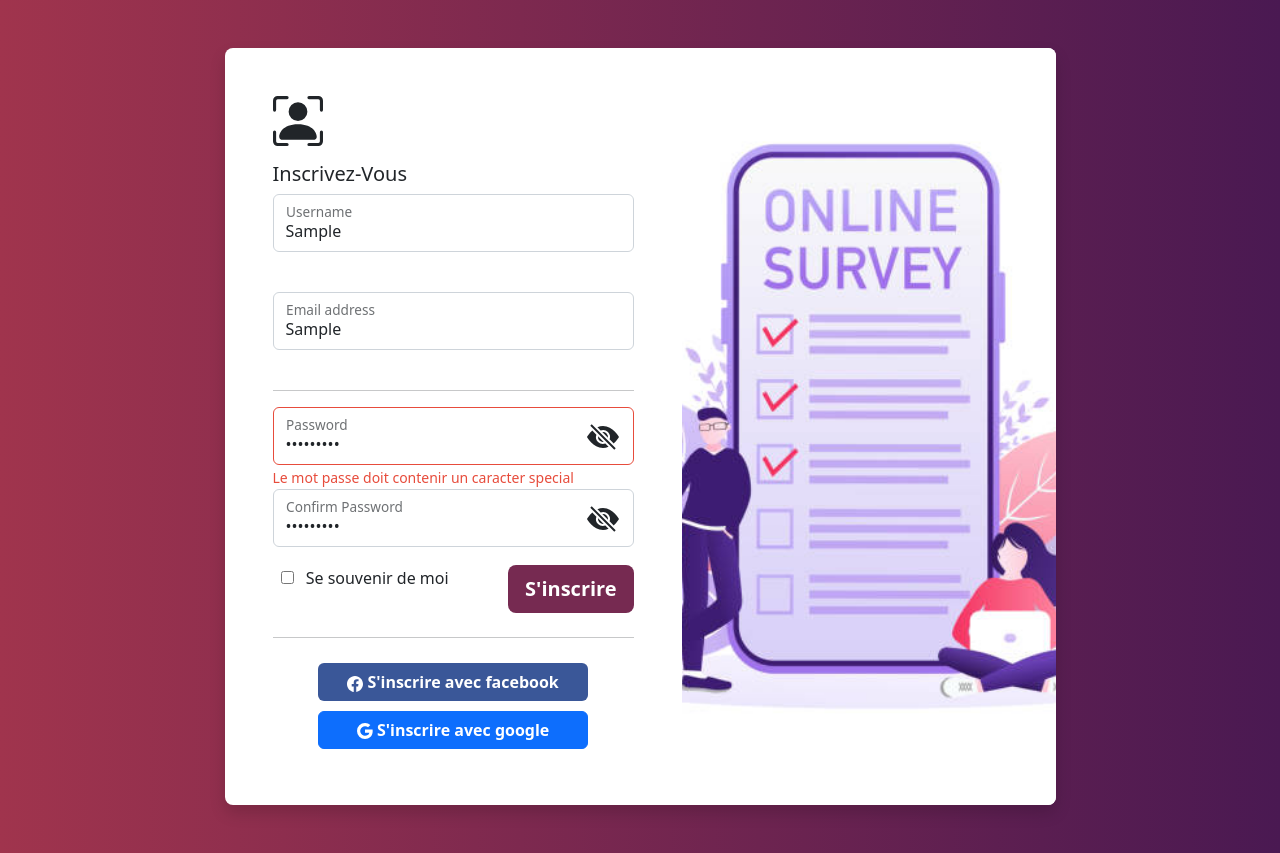
Repository: Djiamil/testsMoustaphaDER
Page: index.html
The author's editor kept a copy of each file at every save. The page is drawn from the files as they stood at one save, then again after the next save.
The browser window is 1280 px wide. The pictures show the whole page.
Empty fields were first filled with sample values (such as "Sample", 5 or name@example.com).
After loading, the first visible `#password` was changed once.

Above is the page before, as saved 2022-12-09 11:44:53.

### index.html
<!DOCTYPE html>
<html lang="en">
<head>
    <meta charset="UTF-8">
    <meta http-equiv="X-UA-Compatible" content="IE=edge">
    <meta name="viewport" content="width=device-width, initial-scale=1.0">
    <title>Formulaire d'inscription Futur Digital</title>
    <link rel="stylesheet" href="https://cdn.jsdelivr.net/npm/bootstrap@5.2.3/dist/css/bootstrap.min.css" integrity="sha384-rbsA2VBKQhggwzxH7pPCaAqO46MgnOM80zW1RWuH61DGLwZJEdK2Kadq2F9CUG65" crossorigin="anonymous">
    <link rel="stylesheet" href="style.css">
</head>
<body>
    <div class="container">
        <div class="row">
          <div class="col-lg-10 col-xl-9 mx-auto">
            <div class="card flex-row my-5 border-0 shadow rounded-3 overflow-hidden">
                <div class="card-body p-4 p-sm-5">
                    <div class="d-flex flex-column">
                        <svg xmlns="http://www.w3.org/2000/svg" width="50" height="50" fill="currentColor" class="bi bi-person-bounding-box mb-3" viewBox="0 0 16 16">
                            <path d="M1.5 1a.5.5 0 0 0-.5.5v3a.5.5 0 0 1-1 0v-3A1.5 1.5 0 0 1 1.5 0h3a.5.5 0 0 1 0 1h-3zM11 .5a.5.5 0 0 1 .5-.5h3A1.5 1.5 0 0 1 16 1.5v3a.5.5 0 0 1-1 0v-3a.5.5 0 0 0-.5-.5h-3a.5.5 0 0 1-.5-.5zM.5 11a.5.5 0 0 1 .5.5v3a.5.5 0 0 0 .5.5h3a.5.5 0 0 1 0 1h-3A1.5 1.5 0 0 1 0 14.5v-3a.5.5 0 0 1 .5-.5zm15 0a.5.5 0 0 1 .5.5v3a1.5 1.5 0 0 1-1.5 1.5h-3a.5.5 0 0 1 0-1h3a.5.5 0 0 0 .5-.5v-3a.5.5 0 0 1 .5-.5z"/>
                            <path d="M3 14s-1 0-1-1 1-4 6-4 6 3 6 4-1 1-1 1H3zm8-9a3 3 0 1 1-6 0 3 3 0 0 1 6 0z"/>
                        </svg>
                        <h5 class="card-title  fw-light fs-5">Inscrivez-Vous</h5>
                    </div>
                    <form class="form" id="form">

                    <div class="form-floating mb-3">
                        <input type="text" class="form-control" id="username" placeholder="Username">
                        <label for="username">Username</label>
                        <small>Error message</small>
                    </div>

                    <div class="form-floating mb-3">
                        <input type="text" class="form-control" id="email" placeholder="Enter email">
                        <label for="floatingInputEmail">Email address</label>
                        <small>Error message</small>
                    </div>

                    <hr>

                    <div class="form-floating mb-3" >
                        <svg xmlns="http://www.w3.org/2000/svg" width="16" height="16" fill="currentColor" class="bi bi-eye-slash-fill" viewBox="0 0 16 16" id="eyes" >
                            <path d="m10.79 12.912-1.614-1.615a3.5 3.5 0 0 1-4.474-4.474l-2.06-2.06C.938 6.278 0 8 0 8s3 5.5 8 5.5a7.029 7.029 0 0 0 2.79-.588zM5.21 3.088A7.028 7.028 0 0 1 8 2.5c5 0 8 5.5 8 5.5s-.939 1.721-2.641 3.238l-2.062-2.062a3.5 3.5 0 0 0-4.474-4.474L5.21 3.089z"/>
                            <path d="M5.525 7.646a2.5 2.5 0 0 0 2.829 2.829l-2.83-2.829zm4.95.708-2.829-2.83a2.5 2.5 0 0 1 2.829 2.829zm3.171 6-12-12 .708-.708 12 12-.708.708z"/>
                        </svg>
                        <input type="password" class="form-control" id="password" placeholder="Enter password">

                        <label for="floatingPassword">Password</label>
                        <small>Error message</small>
                    </div>

                    <div class="form-floating mb-3">
                        <svg xmlns="http://www.w3.org/2000/svg" width="16" height="16" fill="currentColor" class="bi bi-eye-slash-fill" viewBox="0 0 16 16" id="eyes1">
                            <path d="m10.79 12.912-1.614-1.615a3.5 3.5 0 0 1-4.474-4.474l-2.06-2.06C.938 6.278 0 8 0 8s3 5.5 8 5.5a7.029 7.029 0 0 0 2.79-.588zM5.21 3.088A7.028 7.028 0 0 1 8 2.5c5 0 8 5.5 8 5.5s-.939 1.721-2.641 3.238l-2.062-2.062a3.5 3.5 0 0 0-4.474-4.474L5.21 3.089z"/>
                            <path d="M5.525 7.646a2.5 2.5 0 0 0 2.829 2.829l-2.83-2.829zm4.95.708-2.829-2.83a2.5 2.5 0 0 1 2.829 2.829zm3.171 6-12-12 .708-.708 12 12-.708.708z"/>
                        </svg>
                        <input type="password" class="form-control" id="password2" placeholder="Confirm your password">
                        <label for="floatingPasswordConfirm">Confirm Password</label>
                    </div>

                    <div class="d-grid mb-2 w-100 d-flex justify-content-between">
                        <div>
                            <input type="checkbox" value="" class="m-2">
                            Se souvenir de moi
                        </div>
                        <button class="btn btn-lg   fw-bold  mr-25" id="btninscription">S'inscrire</button>
                    </div>

                    <hr class="my-4">
                </form>
                <div class="d-flex justify-content-center flex-column align-items-center">
                    <div class="d-grid mb-2 w-75">
                        <button class="btn btn-facebook fw-bold ">
                            <svg xmlns="http://www.w3.org/2000/svg" width="16" height="16" fill="currentColor" class="bi bi-facebook" viewBox="0 0 16 16">
                                <path d="M16 8.049c0-4.446-3.582-8.05-8-8.05C3.58 0-.002 3.603-.002 8.05c0 4.017 2.926 7.347 6.75 7.951v-5.625h-2.03V8.05H6.75V6.275c0-2.017 1.195-3.131 3.022-3.131.876 0 1.791.157 1.791.157v1.98h-1.009c-.993 0-1.303.621-1.303 1.258v1.51h2.218l-.354 2.326H9.25V16c3.824-.604 6.75-3.934 6.75-7.951z"/>
                            </svg>
                            S'inscrire avec facebook
                        </button>
                    </div>
                    <div class="d-grid mb-2 w-75">
                        <button class="btn btn-primary fw-bold ">
                            <svg xmlns="http://www.w3.org/2000/svg" width="16" height="16" fill="currentColor" class="bi bi-google" viewBox="0 0 16 16">
                                <path d="M15.545 6.558a9.42 9.42 0 0 1 .139 1.626c0 2.434-.87 4.492-2.384 5.885h.002C11.978 15.292 10.158 16 8 16A8 8 0 1 1 8 0a7.689 7.689 0 0 1 5.352 2.082l-2.284 2.284A4.347 4.347 0 0 0 8 3.166c-2.087 0-3.86 1.408-4.492 3.304a4.792 4.792 0 0 0 0 3.063h.003c.635 1.893 2.405 3.301 4.492 3.301 1.078 0 2.004-.276 2.722-.764h-.003a3.702 3.702 0 0 0 1.599-2.431H8v-3.08h7.545z"/>
                              </svg> S'inscrire avec google
                        </button>
                    </div>
                </div>
                </div>
                <div class="card-img-left d-none d-md-flex">
                    <!-- Place de l'image qui est a gauche seter dans le css!-->
                  </div>
            </div>
        </div>
    </div>
<script src="https://cdn.jsdelivr.net/npm/bootstrap@5.2.3/dist/js/bootstrap.min.js" integrity="sha384-cuYeSxntonz0PPNlHhBs68uyIAVpIIOZZ5JqeqvYYIcEL727kskC66kF92t6Xl2V" crossorigin="anonymous"></script>
<script src="script.js"></script>
</body>
</html>

### style.css
@import url('https://fonts.googleapis.com/css2?family=Open+Sans:wght@300&display=swap');
:root{
  --success-color: #2ecc71;
  --error-color: #e74c3c;
}
body {
    background: #a0344d;
    background: linear-gradient(to right, #a0344d, #4a1952);
  }

  .card-img-left {
    width: 45%;
    /* Link to your background image using in the property below! */
    background: scroll center url('./image/ins.jpg');
    background-size: cover;
  }

  /* .btn-login {
    font-size: 0.9rem;
    letter-spacing: 0.05rem;
    padding: 0.75rem 1rem;
  } */

  /* .btn-google {
    color: white !important;
    background-color: #2297f4;
  } */

  .btn-facebook {
    color: white !important;
    background-color: #3a5798;
  }
  .form-floating input:focus{
    outline: 0;
    border-color: #777;
}

.form-floating.success input{
    border-color: var(--success-color);
    margin: 2rem;
}

.form-floating.error input{
    border-color: var(--error-color);
}

  .form-floating small{
    color: var(--error-color);
    bottom: 0;
    left: 0;
    visibility: hidden;
}

.form-floating.error small{
    visibility: visible;
}
button{
  position:relative;
  margin-top: 0.1rem;
}
#btninscription{
  background-color: #762a51;
  color: white;
}
#eyes{
  float: right;
  position:absolute;
  margin-top: 4%;
  margin-left: 85%;
  width: 3rem;
  height: 2rem;
  /* position: absolute; */
  /* margin-bottom: 6rem; */
  /* margin-top: 3rem; */
}
#eyes1{
  float: right;
  position:absolute;
  margin-top: 4%;
  margin-left: 85%;
  width: 3rem;
  height: 2rem;
  /* position: absolute; */
  /* margin-bottom: 6rem; */
  /* margin-top: 3rem; */
}

### script.js
const form = document.getElementById('form');
const username = document.getElementById('username');
const email = document.getElementById('email');
const password = document.getElementById('password');
const password2 = document.getElementById('password2');
const eyes = document.getElementById('eyes');
const eyes1 = document.getElementById('eyes1');
e=true;
e1=true;
eyes.addEventListener("click", function(){
    if(e){
        password.setAttribute("type", "text")
        e=false;
    }else{
        password.setAttribute("type", "password")
        e=true;
    }
    });
    eyes1.addEventListener("click", function(){
        if(e1){
            password2.setAttribute("type", "text")
            e1=false;
        }else{
            password2.setAttribute("type", "password")
            e1=true;
        }
    });


    password.addEventListener("input",checkPass);
    function checkPass(){//Cette fonction verifie le mot de passe
        let mdp = this.value;
        if(/[a-z]/.test(mdp)){
            showSuccess(password)
        }else{}
        showError(password,"Le mot passe doit contenir un caracter special")
    }

function showError(input, message) {//Afficher les messages d'erreur
    const formControl = input.parentElement;
    formControl.className = 'form-floating error';
    const small = formControl.querySelector('small');
    small.innerText = message;
}

function showSuccess(input) {
    const formControl = input.parentElement;
    formControl.className = 'form-floating success';
}

function checkEmail(input) {//Tester si l'email est valide :  javascript : valid email
    const re = /^(([^<>()\[\]\\.,;:\s@"]+(\.[^<>()\[\]\\.,;:\s@"]+)*)|(".+"))@((\[[0-9]{1,3}\.[0-9]{1,3}\.[0-9]{1,3}\.[0-9]{1,3}\])|(([a-zA-Z\-0-9]+\.)+[a-zA-Z]{2,}))$/;

    if (re.test(input.value.trim().toLowerCase())) {
        showSuccess(input);
    } else {
        showError(input,`Email is not valid!`);
    }
}

function checkRequired(inputArray) {// Tester si les champs ne sont pas vides
    inputArray.forEach(input => {
        if (input.value.trim() === '') {
            showError(input,`${getFieldName(input)} is required`);
        }else{
            showSuccess(input);
        }
    });
}

//
function getFieldName(input) {//Retour le nom de chaque input en se basant sur son id
    return input.id.charAt(0).toUpperCase() + input.id.slice(1);
}
//

//
function checkLength(input, min, max) {//Tester la longueur de la valeur  d'un input
    if(input.value.length < min){
        showError(input, `${getFieldName(input)} must be at least ${min} characters!`)
    }else if(input.value.length > max){
        showError(input, `${getFieldName(input)} must be less than ${max} characters !`);
    }else{
        showSuccess(input);
    }
}
//
function checkPasswordMatch(input1, input2) {//Verifie la conformité des password
    if (input1.value !== input2.value) {
        showError(input2, 'Passwords do not match!');
    }
}

form.addEventListener('submit',function(e){
    e.preventDefault();//Bloquer la soumission du formulaire

    checkpassword(password)
    checkRequired([username, email, password, password2]);
    //
    checkLength(username, 3, 15);
    checkLength(password, 10, 25);
    checkEmail(email);
    checkPasswordMatch(password,password2);



    /*
    function isValidEmail(email) {//Tester si l'email est valide
    const re = /^(([^<>()\[\]\\.,;:\s@"]+(\.[^<>()\[\]\\.,;:\s@"]+)*)|(".+"))@((\[[0-9]{1,3}\.[0-9]{1,3}\.[0-9]{1,3}\.[0-9]{1,3}\])|(([a-zA-Z\-0-9]+\.)+[a-zA-Z]{2,}))$/;
    return re.test(String(email).toLowerCase());
}
*/
});

After the next save:
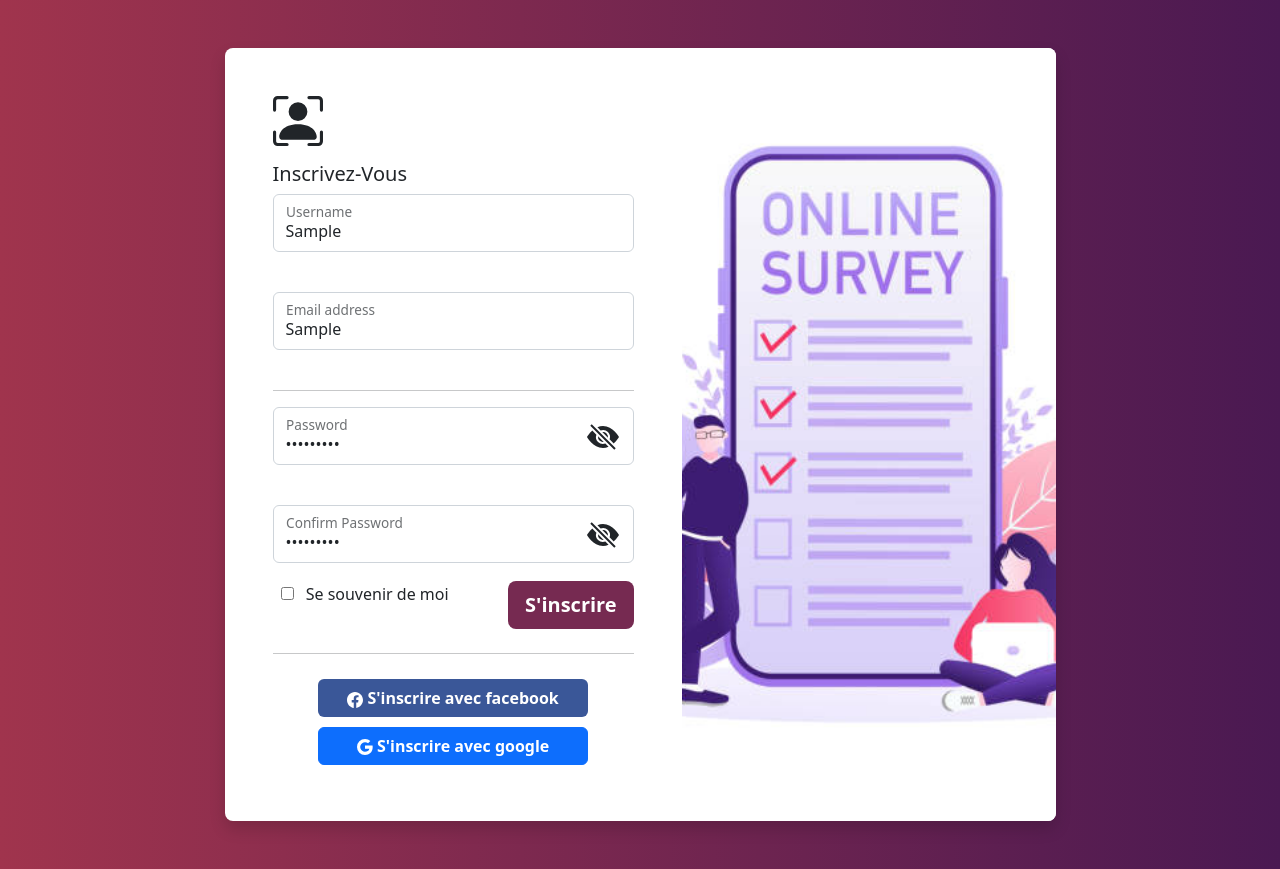
Console error: ReferenceError: mdp is not defined
Saved 22 s later.
--- a/script.js
+++ b/script.js
@@ -29,7 +29,7 @@ eyes.addEventListener("click", function(){
 
     password.addEventListener("input",checkPass);
     function checkPass(){//Cette fonction verifie le mot de passe
-        let mdp = this.value;
+        // let mdp = this.value;
         if(/[a-z]/.test(mdp)){
             showSuccess(password)
         }else{}
